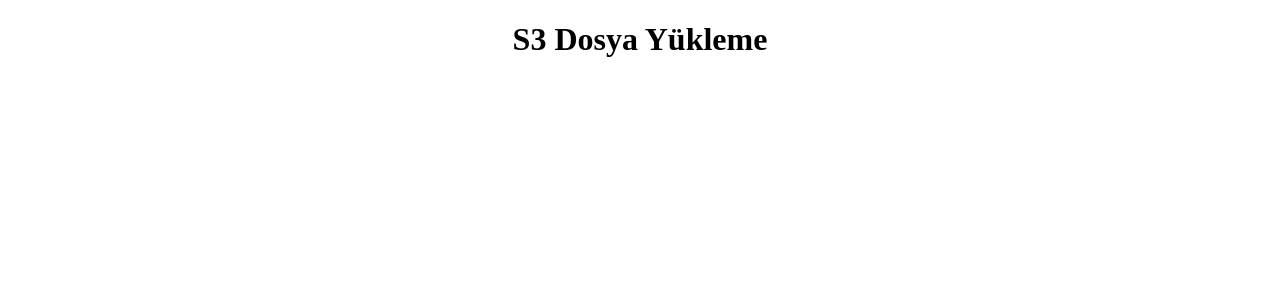
Repository: erengthb/AWS-Java-Servlet-Project
Page: http://localhost/Proje/upload.jsp
An editor plug-in stored every save of this project. The page is shown before and after the next save, followed by the edit.
The browser window is 1280 px wide. The pictures show the whole page.
The page is served by Tomcat 9. Other server files are loaded and not shown.

Above is the page before, as saved 2022-04-13 17:53:45.

### Proje/src/main/webapp/upload.jsp
<%@ page language="java" contentType="text/html; charset=ISO-8859-1"
    pageEncoding="ISO-8859-1"%>
<!DOCTYPE html>
<html>
<head>
<meta charset="ISO-8859-1">
<title>Dosya Yükleme</title>
</head>
<body>

<div align ="center">

<div><h1>S3  Dosya Yükleme</h1></div>



</div>


</body>
</html>

After the next save:
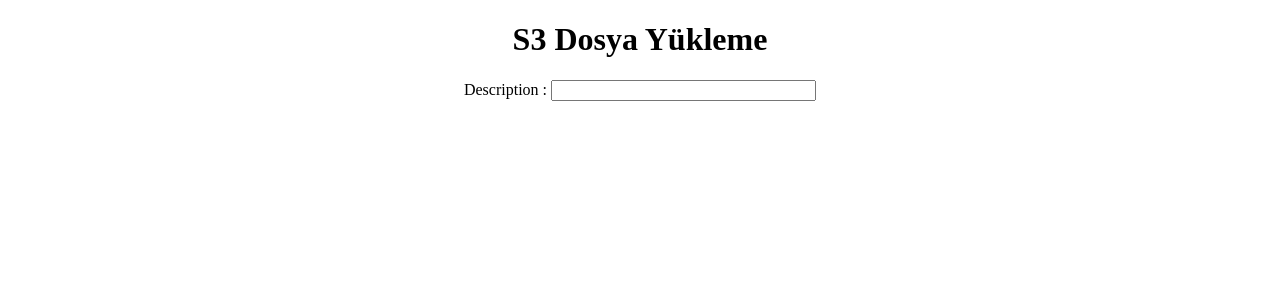
Saved 6 min 0 s later.
--- a/Proje/src/main/webapp/upload.jsp
+++ b/Proje/src/main/webapp/upload.jsp
@@ -12,6 +12,14 @@
 
 <div><h1>S3  Dosya Yükleme</h1></div>
 
+<div>
+
+<form action ="upload" method = "post" encytpe = "multipart/form-data">
+<p> Description : <input type ="text" name= "description" size="30" required/> </p>
+</form>
+
+
+</div>
 
 
 </div>
